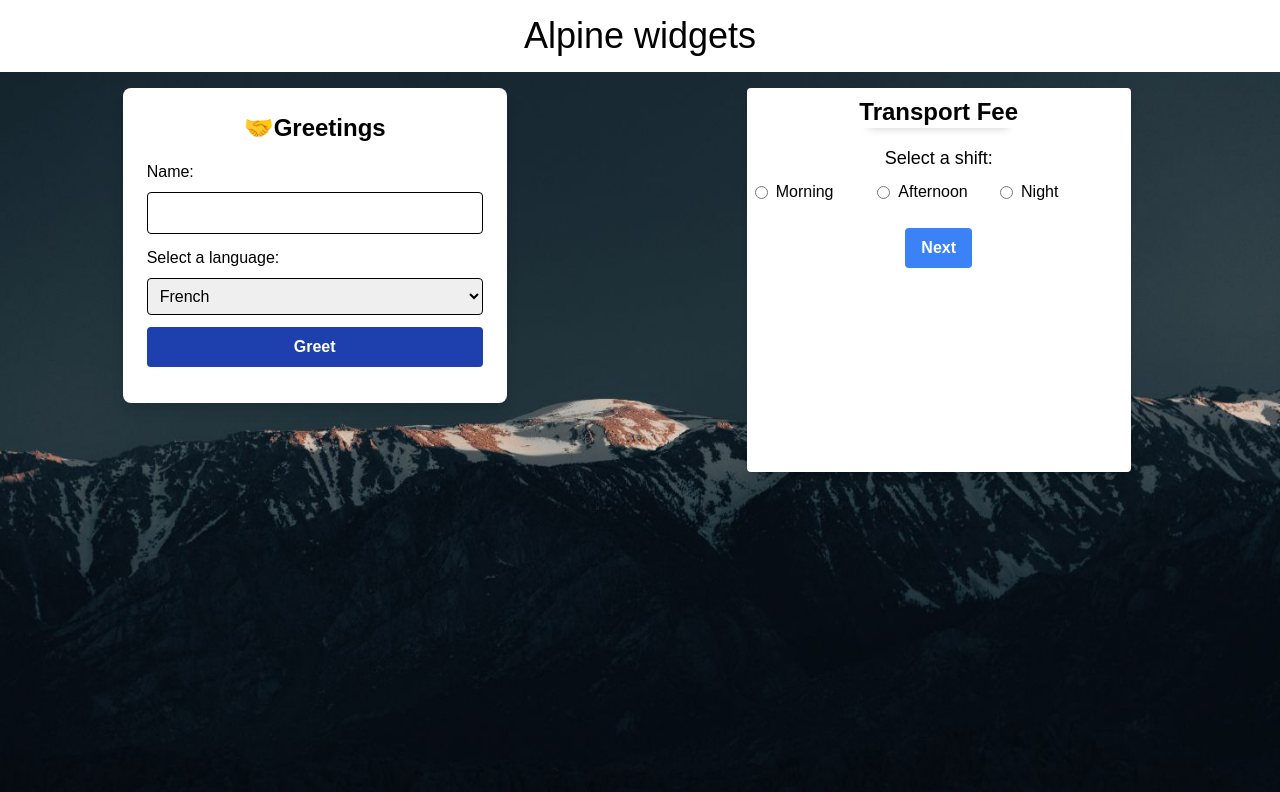
Repository: lasity34/alpine-bootcamp-widgets
Page: index.html
The author's editor kept a copy of each file at every save. The page is drawn from the files as they stood at one save, then again after the next save.
The browser window is 1280 px wide. The pictures show the whole page.
Some web fonts or font styles are not loaded; a fallback is used. Some web libraries are served in a nearby version.

Above is the page before, as saved 2023-07-12 15:50:38.
Console error: ReferenceError: shift is not defined

### index.html
<!DOCTYPE html>
<html lang="en">
  <head>
    <meta charset="UTF-8" />
    <meta name="viewport" content="width=device-width, initial-scale=1.0" />
    <title>Alpine bootcamp widgets</title>
    <script src="https://unpkg.com/alpinejs@3.2.2" defer></script>

    <link
      href="https://cdn.jsdelivr.net/npm/tailwindcss@2.1.2/dist/tailwind.min.css"
      rel="stylesheet"
    />
    <link rel="preconnect" href="https://fonts.googleapis.com" />
    <link rel="preconnect" href="https://fonts.gstatic.com" crossorigin />
    <link
      href="https://fonts.googleapis.com/css2?family=Titillium+Web:ital@0;1&family=Tsukimi+Rounded:wght@300;400;500&display=swap"
      rel="stylesheet"
    />
    <link rel="stylesheet" href="./style.css" />
  </head>
  <body>
    <h1 class="text-4xl text-center mt-4 pb-4">Alpine widgets</h1>
    <div class="widget_container flex justify-around items-start h-screen">
      <section x-data="greet" class="w-1/3" >
        <div class="bg-white rounded-lg shadow-lg p-6 m-4 max-w-sm">
          <h2 class="text-2xl text-center font-bold mb-4">🤝Greetings</h2>
          <p
            class="mt-3 text-red-600 text-xl text-center"
            x-text="notification"
            x-show.transition="showNotification"
            x-transition:leave="transition ease-in duration-1000"
            x-transition:leave-start="opacity-100"
            x-transition:leave-end="opacity-0"
          ></p>
          <div>
            <label>Name:</label>
            <input
              type="text"
              x-model="name"
              class="border border-black p-2 mt-2 rounded w-full"
            />

            <label class="mt-3 block">Select a language:</label>
            <select
              x-model="language"
              class="border border-black mt-2 p-2 rounded w-full"
            >
              <option value="French">French</option>
              <option value="English">English</option>
              <option value="Spanish">Spanish</option>
            </select>
            <div class="flex justify-center flex-col">
              <button
                @click="validateInput() & greeting()"
                class="text-center mt-3 bg-blue-800 hover:bg-blue-900 text-white font-bold py-2 px-4 rounded"
              >
                Greet
              </button>

              <p
                class="mt-3 text-purple-700 text-2xl text-center"
                x-text="message"
              ></p>
            </div>
          </div>
        </div>
      </section>
      <section
      class="w-1/3 "
        x-data="transportFee"
      >
      <div class="flex flex-col items-center bg-white max-w-sm mt-4 h-96 p-2 rounded shadow-md">
        <h1 class="text-2xl font-bold mb-4">Transport Fee</h1>

        <label class="text-lg mb-2">Select a shift:</label>
        <div class="flex justify-between w-full">


        <div class="flex items-center mb-2 w-1/3">
          <input
            type="radio"
            id="morning"
            name="shift"
            x-model="shift"
            value="morning"
            class="mr-2"
          />
          <label for="morning">Morning</label>
        </div>

        <div class="flex items-center mb-2 w-1/3">
          <input
            type="radio"
            id="afternoon"
            name="shift"
            x-model="shift"
            value="afternoon"
            class="mr-2"
          />
          <label for="afternoon">Afternoon</label>
        </div>

        <div class="flex items-center mb-2 w-1/3">
          <input
            type="radio"
            id="night"
            name="shift"
            x-model="shift"
            value="night"
            class="mr-2"
          />
          <label for="night">Night</label>
        </div>
      </div>
        <button
          @click="validate()"
          class="mt-4 bg-blue-500 hover:bg-blue-700 text-white font-bold py-2 px-4 rounded"
        >
          Next
        </button>
        </div>
      </section>
    </div>

    <script src="./greet.js"></script>
    <script src="./transportFee.js"></script>
  </body>
</html>

### style.css
body {


    font-family: 'Tsukimi Rounded', sans-serif;
}

h1 {
    box-shadow: 0 10px 10px -10px rgba(0,0,0,0.2);
    font-family: 'Tsukimi Rounded', sans-serif;
    color: #020101;
}

.widget_container {
    background-image: url(./background.jpg);
    background-repeat: no-repeat;
    background-size: cover;
    background-position: center;
}

### greet.js


function greet() {
  return {
    name: '',
    language: 'French',
    message: '',
    notification: '',
    showNotification: false,
    greeting() {
      if (!this.validateInput()) {
        return;
      }
      if (this.language === 'English') {
        this.message = `🇬🇧 Hello ${this.name} 🇬🇧`
      } else if (this.language === 'French') {
        this.message = `🇫🇷 Bonjour ${this.name} 🇫🇷`
      } else if (this.language === 'Spanish') {
        this.message = `🇪🇸 Hola ${this.name} 🇪🇸`
      }
      this.name = ''
    },
    validateInput() {
      let regex = /^[a-zA-Z]+$/;  // Regex for letters and spaces only
      if (!this.name) {
        this.notify('Please type in a name');
        return false;
      }
      if (!regex.test(this.name)) {
        this.notify('Please don\'t use special characters');
        this.name = ''
        return false;
      }

      return true;
    },
    notify(msg) {
      this.notification = msg;
      this.showNotification = true;
      setTimeout(() => this.showNotification = false, 3000);
    }
  }
}



document.addEventListener("alpine:init", () => {
    Alpine.data("greet", greet);
  });

### transportFee.js
function transportFee() {
    return {

    }
}




document.addEventListener("alpine:init", () => {
    Alpine.data("transportFee", transportFee);
  });

After the next save:
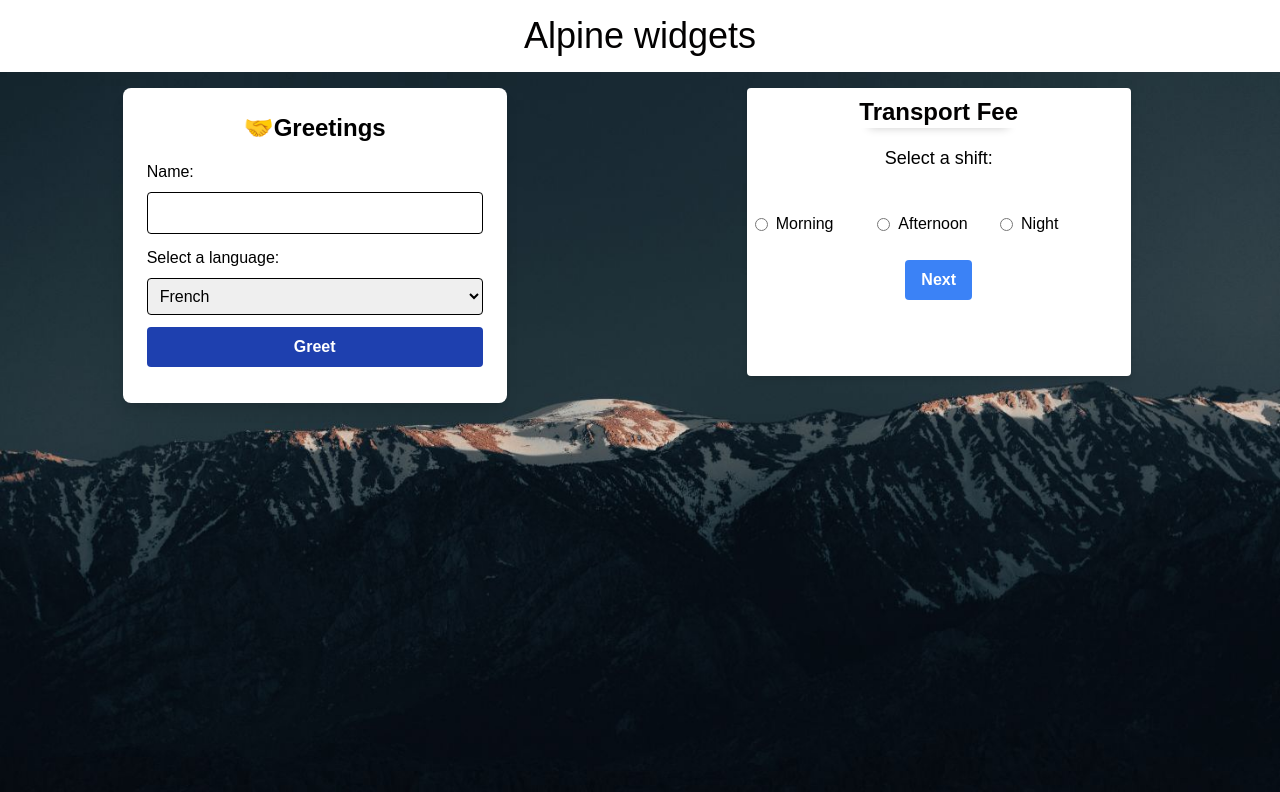
Saved 56 s later.
--- a/index.html
+++ b/index.html
@@ -69,10 +69,10 @@
       class="w-1/3 "
         x-data="transportFee"
       >
-      <div class="flex flex-col items-center bg-white max-w-sm mt-4 h-96 p-2 rounded shadow-md">
+      <div class="flex flex-col items-center bg-white max-w-sm mt-4 h-72 p-2 rounded shadow-md">
         <h1 class="text-2xl font-bold mb-4">Transport Fee</h1>
 
-        <label class="text-lg mb-2">Select a shift:</label>
+        <label class="text-lg mb-10">Select a shift:</label>
         <div class="flex justify-between w-full">
 
 
